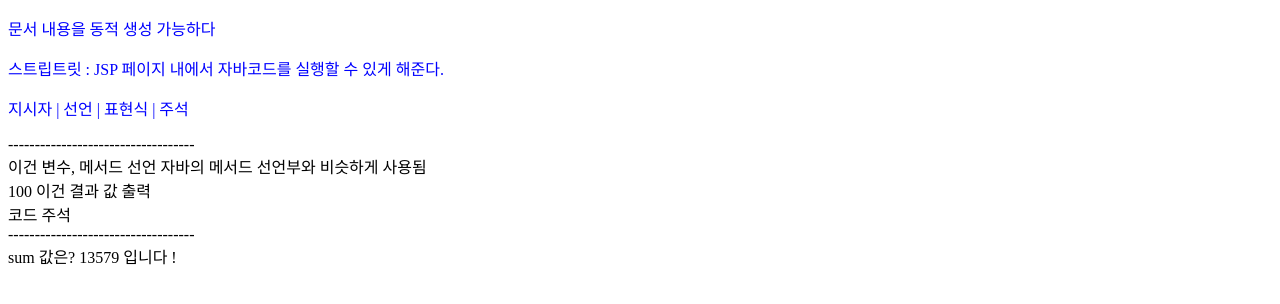
Repository: hyejux/JSP_STUDY
Page: http://localhost/JSPPractice2/JSP_ex1.jsp
An editor plug-in stored every save of this project. The page is shown before and after the next save, followed by the edit.
The browser window is 1280 px wide. The pictures show the whole page.
The page is served by Tomcat 9. Other server files are loaded and not shown.

Above is the page before, as saved 2025-01-07 14:47:48.

### JSPPractice2/src/main/webapp/JSP_ex1.jsp
<%@ page language="java" contentType="text/html; charset=UTF-8"
    pageEncoding="UTF-8"%>
<!DOCTYPE html>
<html>
<head>
<meta charset="UTF-8">
<title>스크립트립 소개</title>
<link rel="stylesheet" type="text/css" href="css/style.css"> </link>
</head>
<body>

<div class="info">
<p> 문서 내용을 동적 생성 가능하다 </p>
<p> 스트립트릿 : JSP 페이지 내에서 자바코드를 실행할 수 있게 해준다.</p>
<p> 지시자 | 선언 | 표현식 | 주석 </p>
</div>

<div>-----------------------------------  </div>

<div> <%-- <%@ %> 이건 페이지 속성 --%> </div>
<div> <%! int abc = 100; %> 이건 변수, 메서드 선언 자바의 메서드 선언부와 비슷하게 사용됨</div>
<div> <%= abc %> 이건 결과 값 출력 </div>
<div> <%-- 주석이지롱 --%> 코드 주석 </div>

 <div>-----------------------------------  </div>

<%
int a = 12345;
int b= 1234;
int sum = a + b ;
%>

<div> sum 값은? <%= sum %> 입니다 ! </div>



</body>
</html>

### JSPPractice2/src/main/webapp/css/style.css
.info{
	color : blue;
}

After the next save:
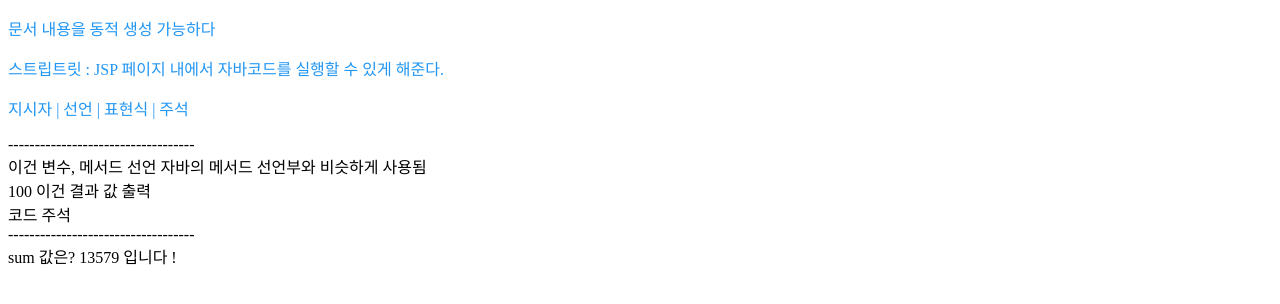
Saved 26 s later.
--- a/JSPPractice2/src/main/webapp/css/style.css
+++ b/JSPPractice2/src/main/webapp/css/style.css
@@ -1,3 +1,4 @@
 .info{
-	color : blue;
+	color : #2196f3;
+	font-wegiht: bold;
 }
